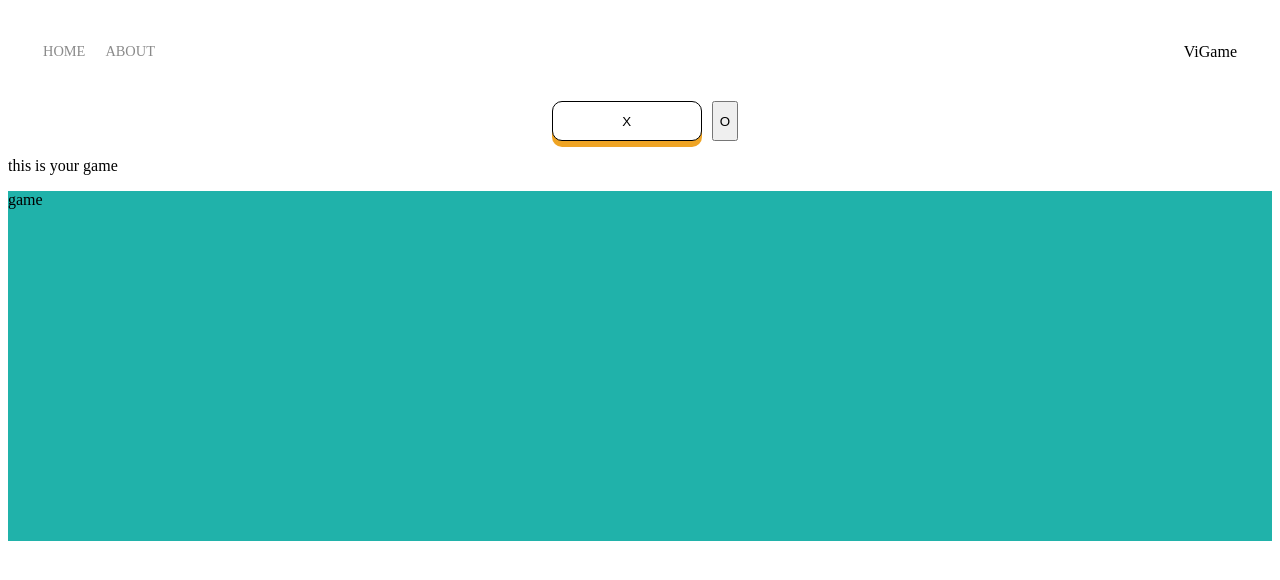
Repository: vahid242/viGame
Page: http://localhost/tic-tac-toe
The author's editor kept a record of every edit. The page is drawn from the files as they stood at one moment, then again after the next edit.
The browser window is 1280 px wide. The pictures show the whole page.
The page is served by the project's Node server (v1/app.js).

Above is the page before.

After the next edit:
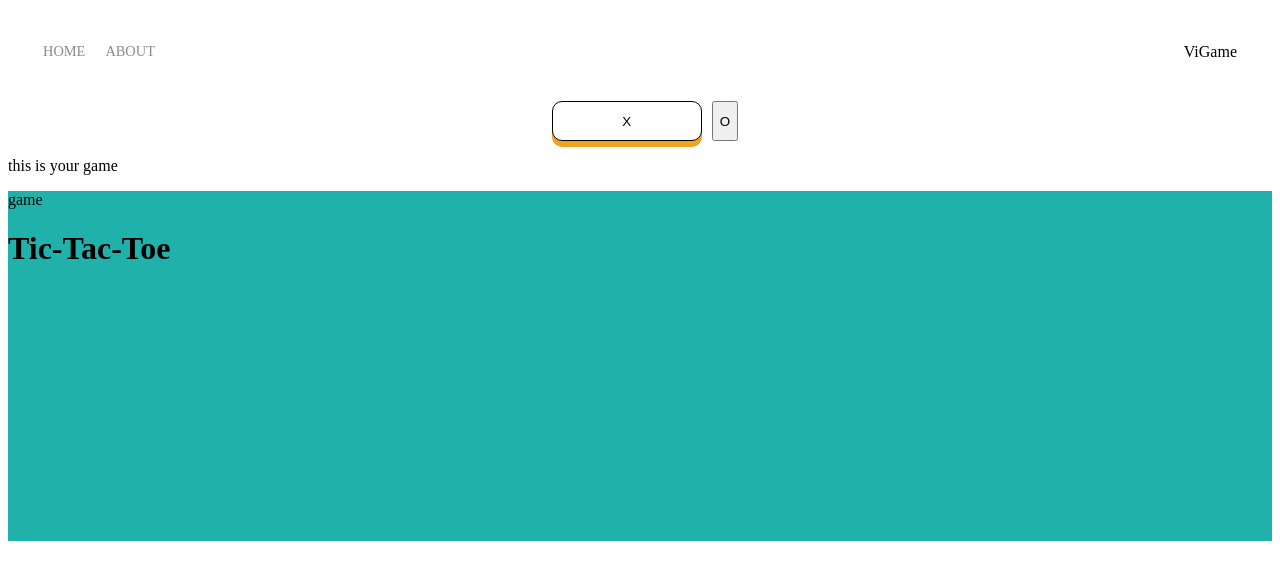
The edit:
--- a/v1/views/tic.ejs
+++ b/v1/views/tic.ejs
@@ -37,7 +37,22 @@
             </div>
 
             <div class="downside">
+                <!-- display the board-->
                 <div>game</div>
+                <div class="container">
+              <h1>Tic-Tac-Toe</h1>
+              <div class="play-area">
+                <div id="block_0" class="block"></div>
+                <div id="block_1" class="block"></div>
+                <div id="block_2" class="block"></div>
+                <div id="block_3" class="block"></div>
+                <div id="block_4" class="block"></div>
+                <div id="block_5" class="block"></div>
+                <div id="block_6" class="block"></div>
+                <div id="block_7" class="block"></div>
+                <div id="block_8" class="block"></div>
+              </div>
+            </div>
             </div>
         </div>
     </body>
